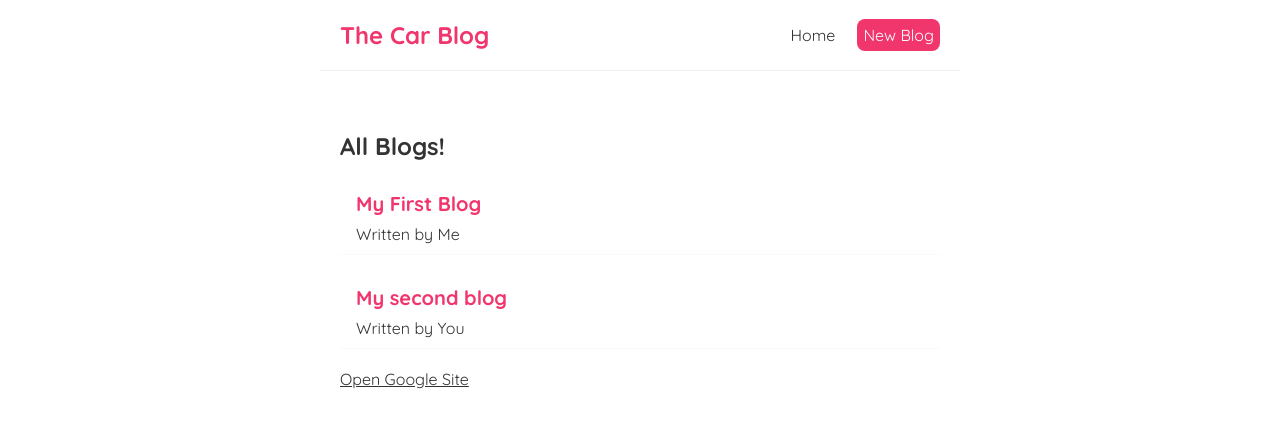
Repository: anuragkej/blogster
Page: /
An editor plug-in stored every save of this project. The page is shown before and after the next save, followed by the edit.
The browser window is 1280 px wide. The pictures show the whole page.
The page's requests for data from a server got no answer. The project was rebuilt for these pictures with package versions that can differ from the ones it lists, and the page was loaded fresh each time. No one was signed in, and anything a server would have sent is missing. Requests to the local data server were answered from the project's data file.

Above is the page before, as saved 2024-09-25 21:53:30.

### src/index.css
@import url("https://fonts.googleapis.com/css2?family=Quicksand:wght@300;400;500;600;700&display=swap");

* {
  margin: 0;
  font-family: "Quicksand";
  color: #333;
}
.navbar {
  padding: 20px;
  display: flex;
  align-items: center;
  max-width: 600px;
  margin: 0 auto;
  border-bottom: 1px solid #f2f2f2;
}
.navbar h1 {
  color: #f1356d;
}
.navbar .links {
  margin-left: auto;
}
.navbar a {
  margin-left: 16px;
  text-decoration: none;
  padding: 6px;
}
.navbar a:hover {
  color: #f1356d;
}
.content {
  max-width: 600px;
  margin: 40px auto;
  padding: 20px;
}
/* blog previews / list */
.blog-preview {
  padding: 10px 16px;
  margin: 20px 0;
  border-bottom: 1px solid #fafafa;
}
.blog-preview:hover {
  box-shadow: 1px 3px 5px rgba(0, 0, 0, 0.1);
}
.blog-preview h2 {
  font-size: 20px;
  color: #f1356d;
  margin-bottom: 8px;
}

### src/App.js
import Navbar from "./Navbar";
import Home from "./Home";

function App() {
  const title = "Welcome to Blogster";
  const likes = 50;
  const link = "http://www.google.com";

  // react converts everything to string before outputting to browser, so don't need to worry about typecasting

  return (
    <div className="App">
      <Navbar></Navbar>
      <div className="content">
        <Home />

        <a href={link}>Open Google Site</a>
      </div>
    </div>
  );
}

export default App;

### src/Navbar.js
const Navbar = () => {
  return (
    <nav className="navbar">
      <h1>The Car Blog</h1>
      <div className="links">
        <a href="/">Home</a>
        <a
          href="/create"
          style={{
            color: "white",
            backgroundColor: "#f1356d",
            borderRadius: "8px",
          }}
        >
          New Blog
        </a>
      </div>
    </nav>
  );
};

export default Navbar;

### src/Home.js
import { useState, useEffect } from "react";
import BlogList from "./BlogList";

const Home = () => {
  const [blogs, setBlogs] = useState(null);
  const [isPending, setIsPending] = useState(true);

  /* fires on initial render, so doesn't matter if code changes */
  useEffect(() => {
    setTimeout(() => {
      fetch("http://localhost:8000/blogs")
        .then((res) => {
          if (!res.ok) {
            throw Error("Could not fetch the data for that resource");
          }
          return res.json();
        })
        .then((data) => {
          setBlogs(data);
          setIsPending(false);
        })
        .catch((err) => {
          console.log(err.message);
        }); // catches network error
    }, 1000);
  }, []);

  return (
    <div className="home">
      {/* blos={blogs} is a prop */}
      {isPending && <div>Loading...</div>}
      {blogs && <BlogList blogs={blogs} title="All Blogs!" />}
    </div>
  );
};

export default Home;

### src/BlogList.js
const BlogList = ({ blogs, title }) => {
  //   const blogs = props.blogs;
  //   const title = props.title;
  //   const handleDelete = props.handleDelete;

  return (
    <div className="blog-list">
      <h2>{title}</h2>
      {blogs.map((blog) => (
        <div className="blog-preview" key={blog.id}>
          <h2>{blog.title}</h2>
          <p>Written by {blog.author}</p>
        </div>
      ))}
    </div>
  );
};

export default BlogList;

### data/db.json
{
  "blogs": [
    {
      "title": "My First Blog",
      "body": "Sample Body",
      "author": "Me",
      "id": 1
    },
    {
      "title": "My second blog",
      "body": "Another sample",
      "author": "You",
      "id": 2
    }
  ]
}

Loaded but not shown: public/index.html (common file); src/index.js (common file)

After the next save:
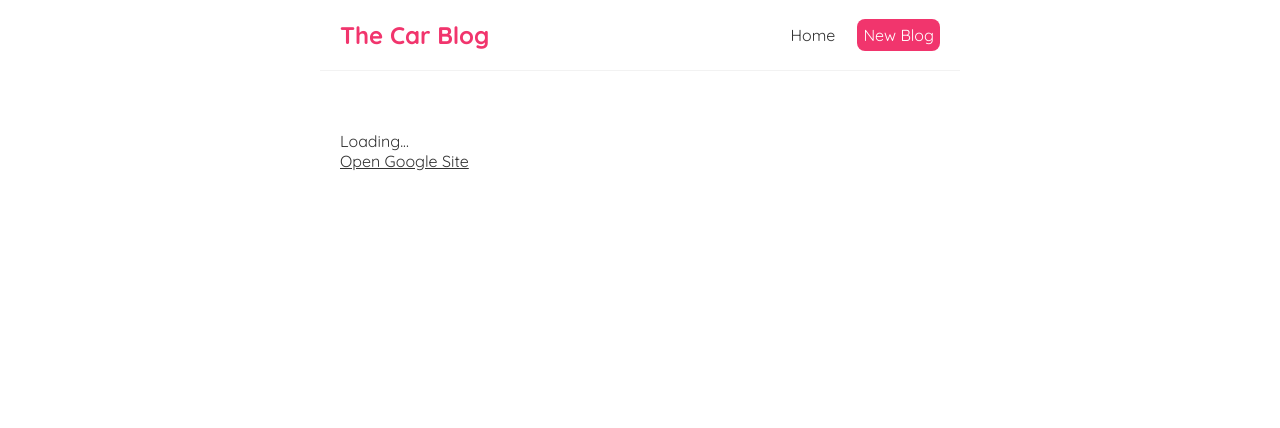
Saved 4 s later.
--- a/src/Home.js
+++ b/src/Home.js
@@ -8,7 +8,7 @@
   /* fires on initial render, so doesn't matter if code changes */
   useEffect(() => {
     setTimeout(() => {
-      fetch("http://localhost:8000/blogs")
+      fetch("http://localhost:8000/blogss")
         .then((res) => {
           if (!res.ok) {
             throw Error("Could not fetch the data for that resource");

After the save that followed:
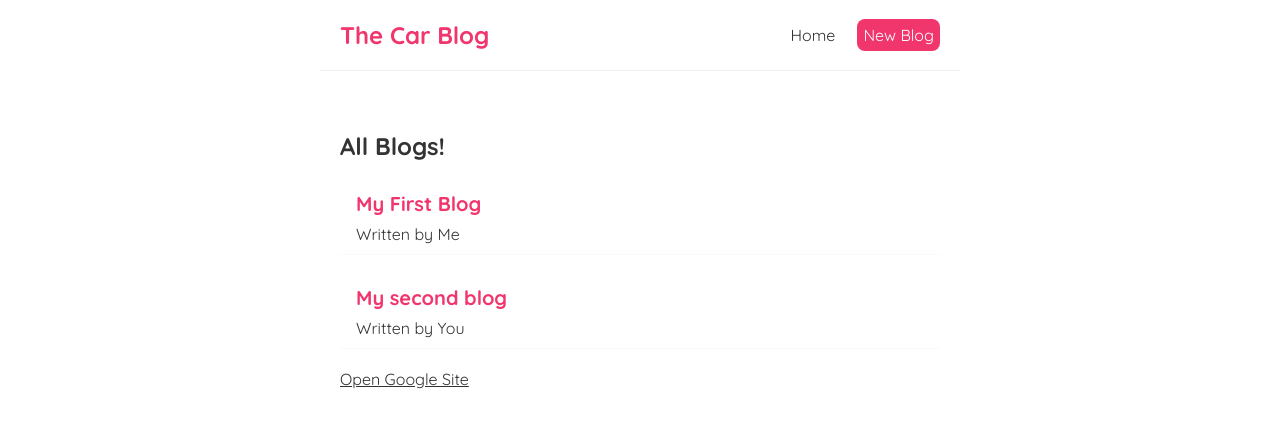
Saved 18 s later.
--- a/src/Home.js
+++ b/src/Home.js
@@ -8,7 +8,7 @@
   /* fires on initial render, so doesn't matter if code changes */
   useEffect(() => {
     setTimeout(() => {
-      fetch("http://localhost:8000/blogss")
+      fetch("http://localhost:8000/blogs")
         .then((res) => {
           if (!res.ok) {
             throw Error("Could not fetch the data for that resource");
